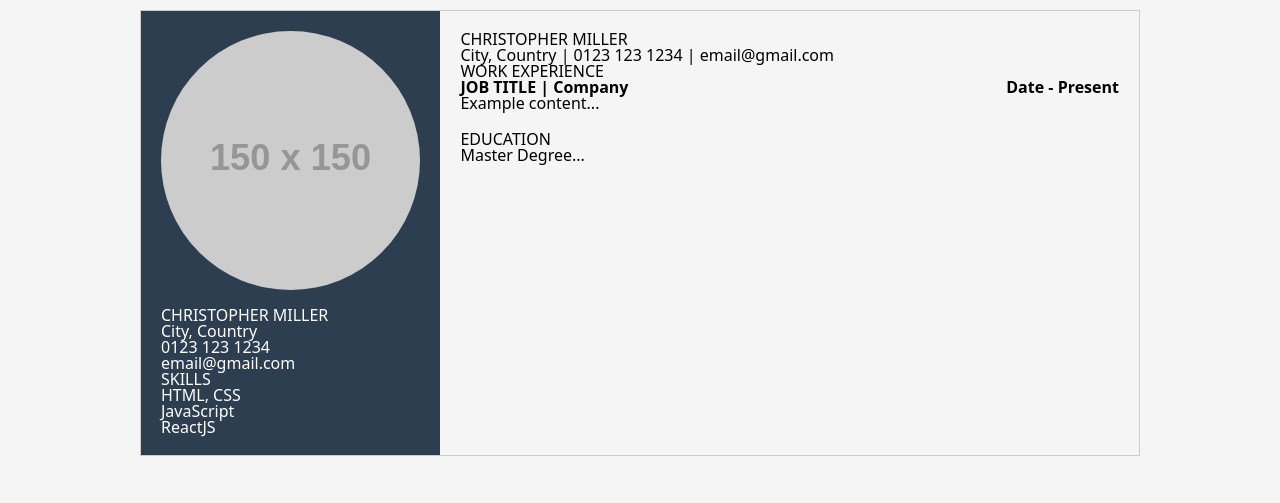
Repository: doanhieu0707/Homework-Day-5
Page: cv-flex.html
The author's editor kept a copy of each file at every save. The page is drawn from the files as they stood at one save, then again after the next save.
The browser window is 1280 px wide. The pictures show the whole page.

Above is the page before, as saved 2026-04-22 14:37:01.

After the next save:
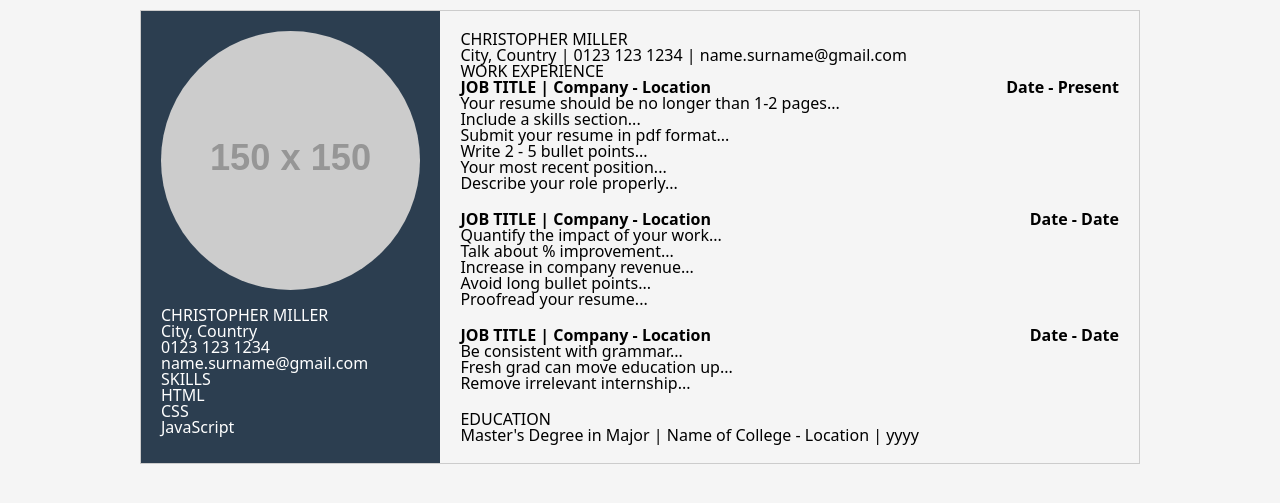
Saved 80 s later.
--- a/cv-flex.html
+++ b/cv-flex.html
@@ -10,19 +10,20 @@
 <body>
     <div class="cv">
         <div class="container">
+
             <!-- SIDEBAR -->
             <div class="sidebar">
                 <img src="https://via.placeholder.com/150" alt="avatar" />
                 <h2>CHRISTOPHER MILLER</h2>
                 <p>City, Country</p>
                 <p>0123 123 1234</p>
-                <p>email@gmail.com</p>
+                <p>name.surname@gmail.com</p>
 
                 <h3>SKILLS</h3>
                 <ul>
-                    <li>HTML, CSS</li>
+                    <li>HTML</li>
+                    <li>CSS</li>
                     <li>JavaScript</li>
-                    <li>ReactJS</li>
                 </ul>
             </div>
 
@@ -30,29 +31,65 @@
             <div class="infor">
                 <div class="header">
                     <h1 class="heading-1">CHRISTOPHER MILLER</h1>
-                    <p>City, Country | 0123 123 1234 | email@gmail.com</p>
+                    <p>
+                        City, Country | 0123 123 1234 | name.surname@gmail.com
+                    </p>
                 </div>
 
                 <div class="work">
                     <h2 class="heading-2">WORK EXPERIENCE</h2>
                 </div>
 
-                <!-- giữ nguyên các phần part của bạn -->
                 <div class="part">
                     <div class="title">
-                        <span>JOB TITLE | Company</span>
+                        <span>JOB TITLE | Company - Location</span>
                         <span>Date - Present</span>
                     </div>
                     <ul>
-                        <li>Example content...</li>
+                        <li>Your resume should be no longer than 1-2 pages...</li>
+                        <li>Include a skills section...</li>
+                        <li>Submit your resume in pdf format...</li>
+                        <li>Write 2 - 5 bullet points...</li>
+                        <li>Your most recent position...</li>
+                        <li>Describe your role properly...</li>
+                    </ul>
+                </div>
+
+                <div class="part">
+                    <div class="title">
+                        <span>JOB TITLE | Company - Location</span>
+                        <span>Date - Date</span>
+                    </div>
+                    <ul>
+                        <li>Quantify the impact of your work...</li>
+                        <li>Talk about % improvement...</li>
+                        <li>Increase in company revenue...</li>
+                        <li>Avoid long bullet points...</li>
+                        <li>Proofread your resume...</li>
+                    </ul>
+                </div>
+
+                <div class="part">
+                    <div class="title">
+                        <span>JOB TITLE | Company - Location</span>
+                        <span>Date - Date</span>
+                    </div>
+                    <ul>
+                        <li>Be consistent with grammar...</li>
+                        <li>Fresh grad can move education up...</li>
+                        <li>Remove irrelevant internship...</li>
                     </ul>
                 </div>
 
                 <div class="footer">
                     <h2>EDUCATION</h2>
-                    <p>Master Degree...</p>
+                    <p>
+                        <span>Master's Degree in Major</span> |
+                        Name of College - Location | yyyy
+                    </p>
                 </div>
             </div>
+
         </div>
     </div>
 </body>
